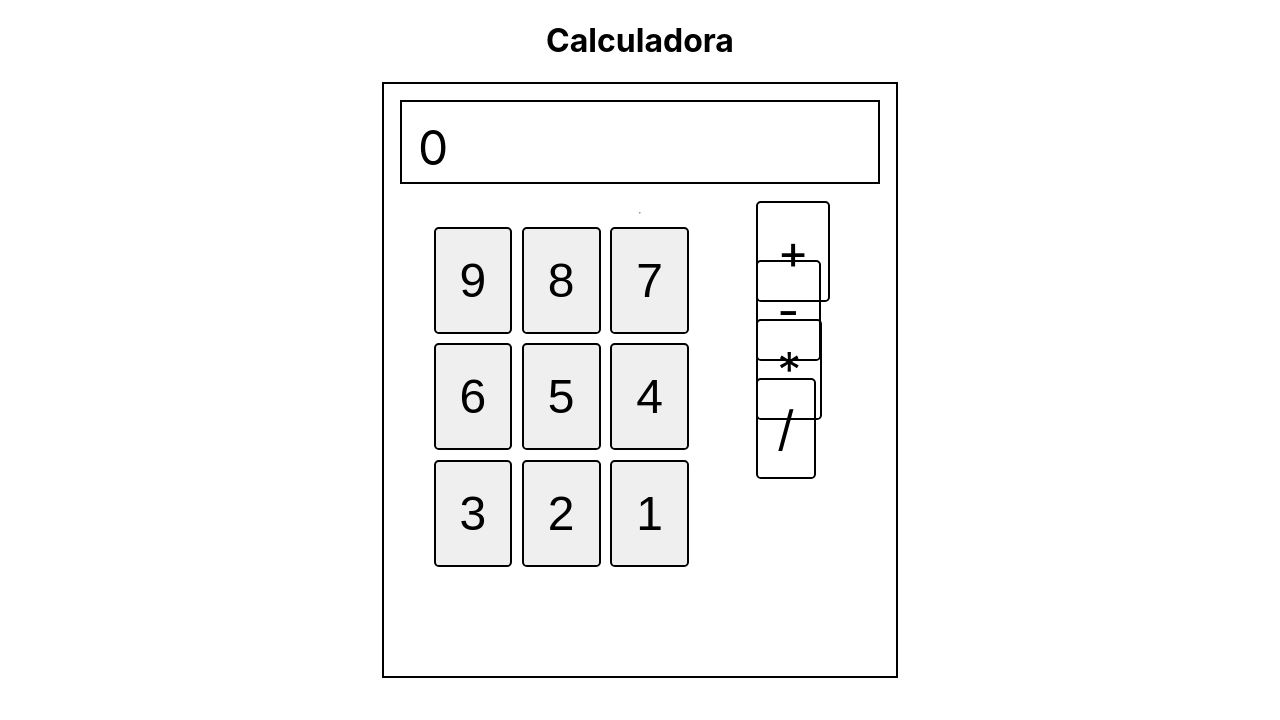
Repository: yamaka/curso-react-febrero-2022
Page: /
An editor plug-in stored every save of this project. The page is shown before and after the next save, followed by the edit.
The browser window is 1280 px wide. The pictures show the whole page.
The project was rebuilt for these pictures with package versions that can differ from the ones it lists, and the page was loaded fresh each time. Also part of the build but not shown: src/App.css, src/components/Zanahoria/Zanahoria.css, src/components/Zanahoria/Zanahoria.js, src/components/Zanahorias/Zanahorias.js, src/components/Lechuga/Lechuga.css, src/components/Lechuga/Lechuga.js, src/components/Calculadora/Calculadora.css, src/components/Calculadora/Calculadora.js and 3 more.

Above is the page before, as saved 2022-03-02 18:33:35.

After the next save:
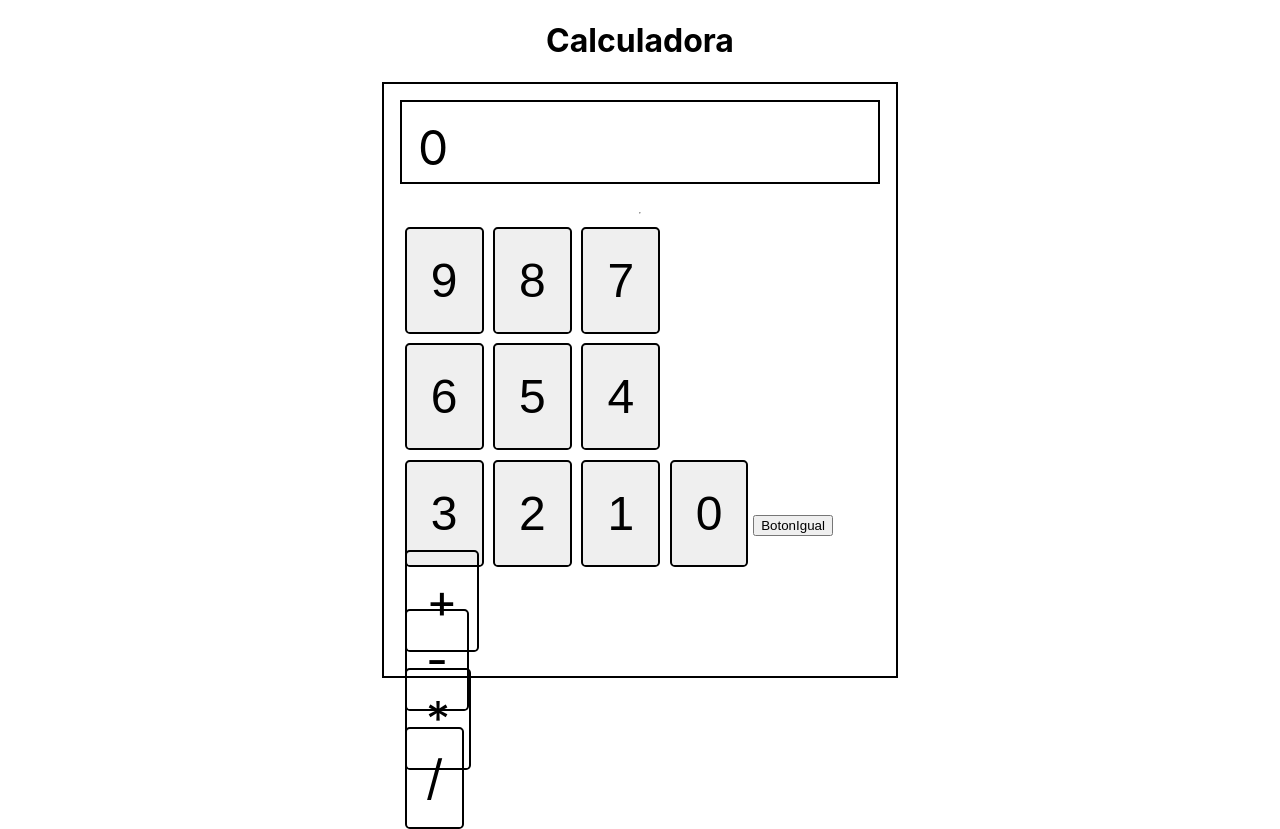
Saved 117 s later.
--- a/src/hooks/Calculadora/Calculadora.js
+++ b/src/hooks/Calculadora/Calculadora.js
@@ -44,33 +44,42 @@ const Calculadora = () => {
         <hr />
         <div
           style={{
-            display: "flex",
+            diplay: "flex",
             flex: 1,
             flexDirection: "row",
             justifyContent: "space-around",
           }}
         >
-          <div
-            style={{ display: "flex", flexDirection: "column", width: "265px" }}
-          >
-            <div style={{ display: "flex", flexDirection: "row" }}>
+          <div style={{ diplay: "flex", flex: 1, flexDirection: "row" }}>
+            <div
+              style={{ display: "flex", flexDirection: "row", width: "480px" }}
+            >
               <BotonNumerico value="9" onPress={onPressNumerico} />
               <BotonNumerico value="8" onPress={onPressNumerico} />
               <BotonNumerico value="7" onPress={onPressNumerico} />
             </div>
-            <div style={{ display: "flex", flexDirection: "row" }}>
+            <div
+              style={{ display: "flex", flexDirection: "row", width: "480px" }}
+            >
               <BotonNumerico value="6" onPress={onPressNumerico} />
               <BotonNumerico value="5" onPress={onPressNumerico} />
               <BotonNumerico value="4" onPress={onPressNumerico} />
             </div>
-            <div style={{ display: "flex", flexDirection: "row" }}>
+            <div
+              style={{ display: "flex", flexDirection: "row", width: "480px" }}
+            >
               <BotonNumerico value="3" onPress={onPressNumerico} />
               <BotonNumerico value="2" onPress={onPressNumerico} />
               <BotonNumerico value="1" onPress={onPressNumerico} />
+
+              <div>
+                <BotonNumerico value="0" onPress={onPressNumerico} />
+                <BotonIgual onPress={calcular} />
+              </div>
             </div>
           </div>
           <div
-            style={{ display: "flex", flexDirection: "column", width: "100px" }}
+            style={{ diplay: "flex", flexDirection: "column", width: "30%" }}
           >
             <BotonOperacion operator="+" onPress={onPressOperacion} />
             <BotonOperacion operator="-" onPress={onPressOperacion} />
